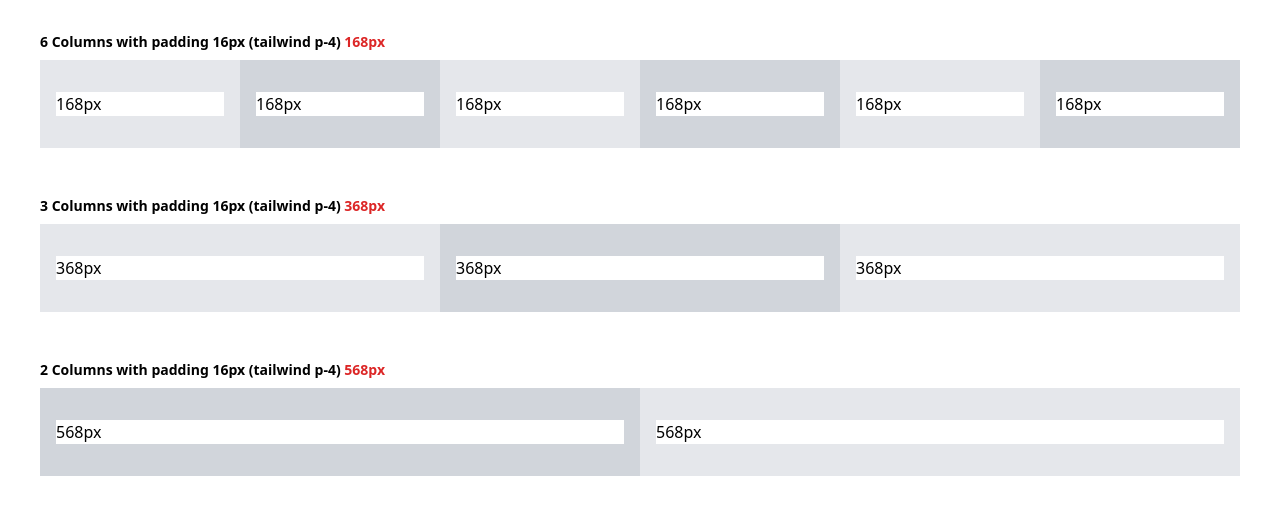
Repository: fabianwurk/vue-tailwind
Page: /
These files come from the project's save history. The page is drawn as it stood at one moment and after the next save; the edit follows.
The browser window is 1280 px wide. The pictures show the whole page.
The project was rebuilt for these pictures with package versions that can differ from the ones it lists, and the page was loaded fresh each time. Also part of the build but not shown: vite.config.js.

Above is the page before, as saved 2021-03-15 23:55:12.

### src/App.vue
<template>
  <Tail />
  <!-- <Wind /> -->
</template>

<script setup>
import Tail from './components/Tail.vue';
// import Wind from './components/Wind.vue';

</script>

### src/components/Tail.vue
<template>
  <div>

  <div class="container mx-auto">
    <h2 class="text-sm font-bold mb-2 mt-8">6 Columns with padding 16px (tailwind p-4) <span class="text-red-600">{{ sixCol }}</span></h2>
    <div class="flex items-center">
      <div class="w-1/6 bg-gray-200 mb-4 mt-0 py-8 px-4">
        <span class="bg-white w-full block">{{ sixCol }}</span>
      </div>
      <div class="w-1/6 bg-gray-300 mb-4 mt-0 py-8 px-4">
        <span class="bg-white w-full block">{{ sixCol }}</span>
      </div>
      <div class="w-1/6 bg-gray-200 mb-4 mt-0 py-8 px-4">
        <span class="bg-white w-full block">{{ sixCol }}</span>
      </div>
      <div class="w-1/6 bg-gray-300 mb-4 mt-0 py-8 px-4">
        <span class="bg-white w-full block">{{ sixCol }}</span>
      </div>
      <div class="w-1/6 bg-gray-200 mb-4 mt-0 py-8 px-4">
        <span class="bg-white w-full block">{{ sixCol }}</span>
      </div>
      <div class="w-1/6 bg-gray-300 mb-4 mt-0 py-8 px-4">
        <span class="bg-white w-full block">{{ sixCol }}</span>
      </div>
    </div>
  </div>

  <div class="container mx-auto">
    <h2 class="text-sm font-bold mb-2 mt-8">3 Columns with padding 16px (tailwind p-4) <span class="text-red-600">{{ threeCol }}</span></h2>
    <div class="flex items-center">
      <div class="w-1/3 bg-gray-200 mb-4 mt-0 py-8 px-4">
        <span class="bg-white w-full block">{{ threeCol }}</span>
      </div>
      <div class="w-1/3 bg-gray-300 mb-4 mt-0 py-8 px-4">
        <span class="bg-white w-full block">{{ threeCol }}</span>
      </div>
      <div class="w-1/3 bg-gray-200 mb-4 mt-0 py-8 px-4">
        <span class="bg-white w-full block">{{ threeCol }}</span>
      </div>
    </div>
  </div>

  <div class="container mx-auto">
    <h2 class="text-sm font-bold mb-2 mt-8">2 Columns with padding 16px (tailwind p-4) <span class="text-red-600">{{ twoCol }}</span></h2>
    <div class="flex items-center">
      <div class="w-1/2 bg-gray-300 mb-4 mt-0 py-8 px-4">
        <span class="bg-white w-full block">{{ twoCol }}</span>
      </div>
      <div class="w-1/2 bg-gray-200 mb-4 mt-0 py-8 px-4">
        <span class="bg-white w-full block">{{ twoCol }}</span>
      </div>
    </div>
  </div>

  </div>
</template>

<script>
export default {
  data() {
    return {
      sixCol: "168px",
      threeCol: "368px",
      twoCol: "568px",
    };
  },
}
</script>

### tailwind.config.js
module.exports = {
  purge: ['./index.html', './src/**/*.{vue,js,ts,jsx,tsx}'],
  darkMode: false, // or 'media' or 'class'
  theme: {
    extend: {
      screens: {
        'xl': {'min': '1200px', 'max': '1280px'},
        '2xl': {'max': '1280px'},
      },
    },
  },
  variants: {
    extend: {},
  },
  plugins: [],
}

Loaded but not shown: index.html (common file); src/main.js (common file); src/index.css (common file)

After the next save:
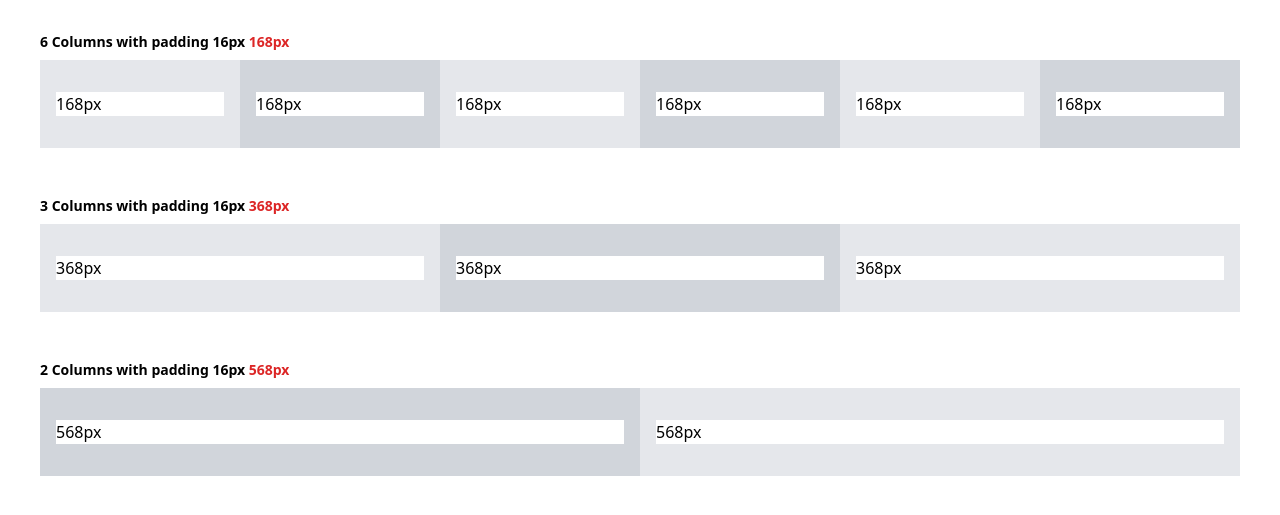
Saved 43 s later.
--- a/src/components/Tail.vue
+++ b/src/components/Tail.vue
@@ -2,7 +2,7 @@
   <div>
 
   <div class="container mx-auto">
-    <h2 class="text-sm font-bold mb-2 mt-8">6 Columns with padding 16px (tailwind p-4) <span class="text-red-600">{{ sixCol }}</span></h2>
+    <h2 class="text-sm font-bold mb-2 mt-8">6 Columns with padding 16px <span class="text-red-600">{{ sixCol }}</span></h2>
     <div class="flex items-center">
       <div class="w-1/6 bg-gray-200 mb-4 mt-0 py-8 px-4">
         <span class="bg-white w-full block">{{ sixCol }}</span>
@@ -26,7 +26,7 @@
   </div>
 
   <div class="container mx-auto">
-    <h2 class="text-sm font-bold mb-2 mt-8">3 Columns with padding 16px (tailwind p-4) <span class="text-red-600">{{ threeCol }}</span></h2>
+    <h2 class="text-sm font-bold mb-2 mt-8">3 Columns with padding 16px <span class="text-red-600">{{ threeCol }}</span></h2>
     <div class="flex items-center">
       <div class="w-1/3 bg-gray-200 mb-4 mt-0 py-8 px-4">
         <span class="bg-white w-full block">{{ threeCol }}</span>
@@ -41,7 +41,7 @@
   </div>
 
   <div class="container mx-auto">
-    <h2 class="text-sm font-bold mb-2 mt-8">2 Columns with padding 16px (tailwind p-4) <span class="text-red-600">{{ twoCol }}</span></h2>
+    <h2 class="text-sm font-bold mb-2 mt-8">2 Columns with padding 16px <span class="text-red-600">{{ twoCol }}</span></h2>
     <div class="flex items-center">
       <div class="w-1/2 bg-gray-300 mb-4 mt-0 py-8 px-4">
         <span class="bg-white w-full block">{{ twoCol }}</span>
